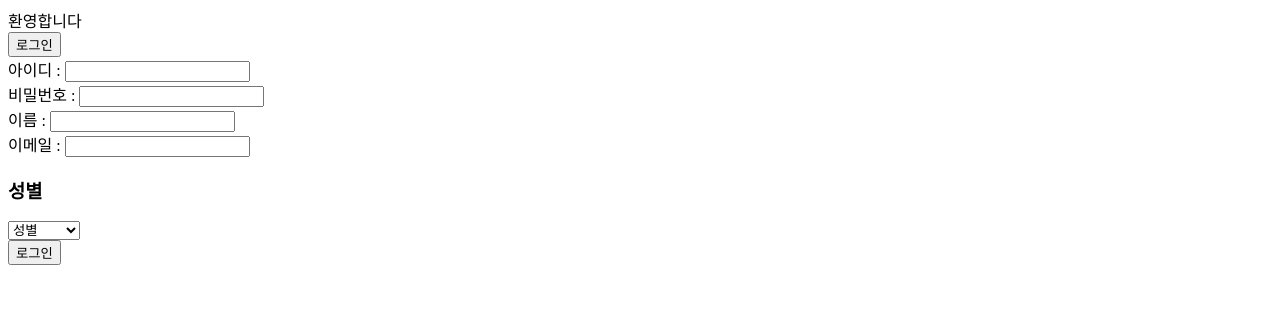
Repository: gkawlals/DR_Project
Page: http://localhost/SpringPRJ/WEB-INF/view/MainPage.jsp
The author's editor kept a copy of each file at every save. The page is drawn from the files as they stood at one save, then again after the next save.
The browser window is 1280 px wide. The pictures show the whole page.
The page is served by Tomcat 9. Nobody is signed in. The template is opened directly, without the code that normally fills it, so the values that code supplies are empty.

Above is the page before, as saved 2021-03-10 05:24:23.
Console error (its wording comes from the project's code and is left out).

After the next save:
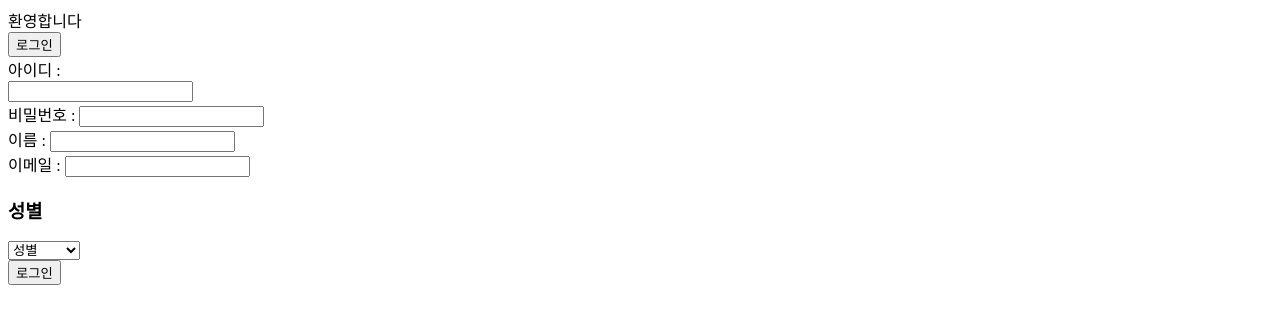
Saved 29 s later.
--- a/SpringPRJ/WebContent/WEB-INF/view/MainPage.jsp
+++ b/SpringPRJ/WebContent/WEB-INF/view/MainPage.jsp
@@ -11,8 +11,8 @@
 <button onclick="location.href:/UserLogin.do"> 로그인</button>
 
 <form action="/user/UserLoginProc.do" method="post">
+	<span name="IdVal"> 아이디 : </span>
 	<div>
-		<span name="IdVal"> 아이디 : </span>
 		<input name="IdText" type="text"></input>
 	</div>
 	<div>
